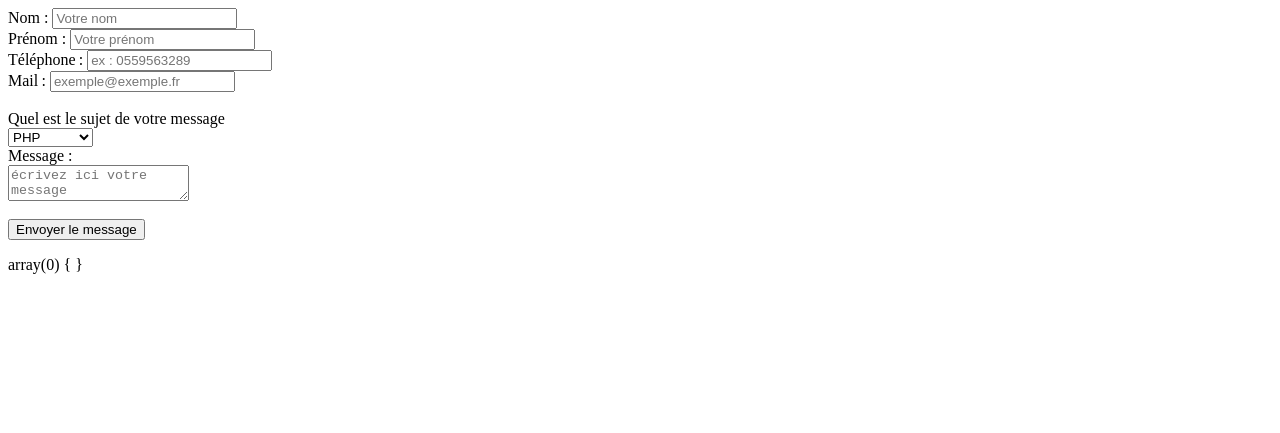
Repository: Val712/quete-Formulaires
Page: http://localhost/form.php
An editor plug-in stored every save of this project. The page is shown before and after the next save, followed by the edit.
The browser window is 1280 px wide. The pictures show the whole page.
The page is run by PHP 8.4 with error messages shown; the project is at /var/www/html/.

Above is the page before, as saved 2019-08-25 11:22:20.

### form.php
<form  action="form.php"  method="post">
    <div>
        <label for="name">Nom :</label>
        <input type="text" id="name" name="user_name" value="" required placeholder="Votre nom" maxlength="15">
    </div>
    <label for="prenom">Prénom :</label>
        <input type="text" id="prenom" name="user_prenom" value="" required placeholder="Votre prénom"maxlength="15">
    </div>
    <div>
        <label for="tel">Téléphone :</label>
        <input type="tel" id="tel" name="user_tel" required placeholder="ex : 0559563289">
    </div>
    <div>
        <label for="mail">Mail :</label>
        <input type="email" id="mail" name="user_mail" required placeholder="exemple@exemple.fr" maxlength="30">
    </div></br>

    <label for="sujet">Quel est le sujet de votre message</label><br />
       <select name="sujet" id="sujet" required>
           <option value="PHP">PHP</option>
           <option value="Unix">Unix</option>
           <option value="Integration">Intégration</option>
           <option value="git">Git</option>
           <option value="CSS">CSS</option>
           <option value="HTML">HTML</option>
       </select></br>

    <div>
        <label for="msg">Message :</label> </br>
        <textarea id="msg" name="user_message" required placeholder="écrivez ici votre message"maxlength="255" size="255"></textarea>
    </div> </br>

    <div class="button">
        <button type="submit">Envoyer le message</button>
    </div>
</form>


<?php
  var_dump($_POST);
?>

After the next save:
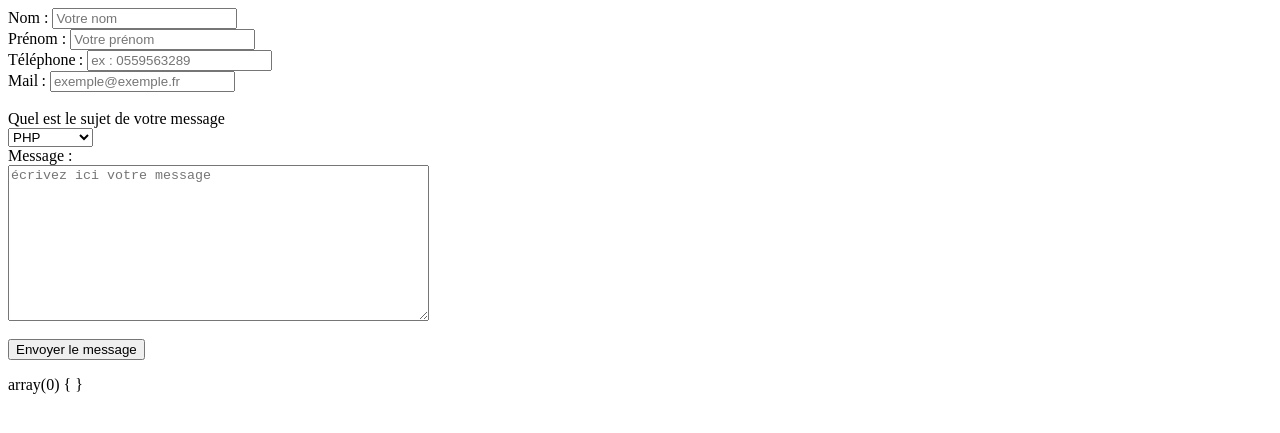
Saved 3 min 1 s later.
--- a/form.php
+++ b/form.php
@@ -27,7 +27,7 @@
 
     <div>
         <label for="msg">Message :</label> </br>
-        <textarea id="msg" name="user_message" required placeholder="écrivez ici votre message"maxlength="255" size="255"></textarea>
+        <textarea id="msg" name="user_message" required placeholder="écrivez ici votre message"rows="10" cols="50"></textarea>
     </div> </br>
 
     <div class="button">
